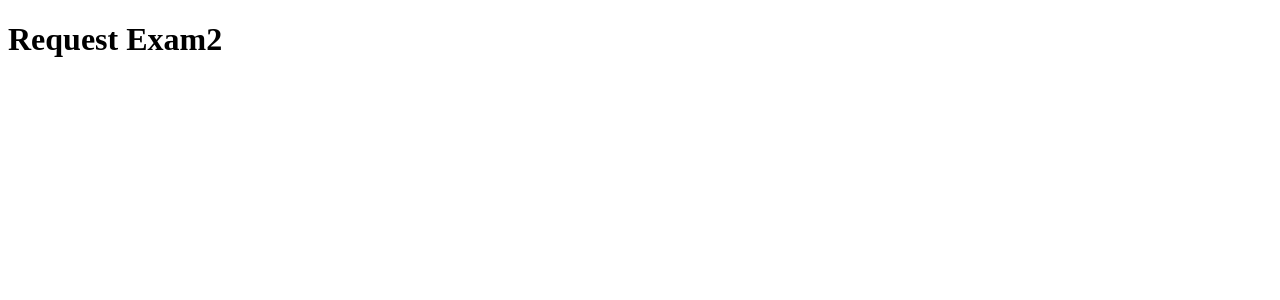
Repository: kimwoongasd/JSPAndServlet
Page: http://localhost/day1221/22_request1.jsp
An editor plug-in stored every save of this project. The page is shown before and after the next save, followed by the edit.
The browser window is 1280 px wide. The pictures show the whole page.
The page is served by Tomcat 9.

Above is the page before, as saved 2023-12-21 07:21:00.

After the next save:
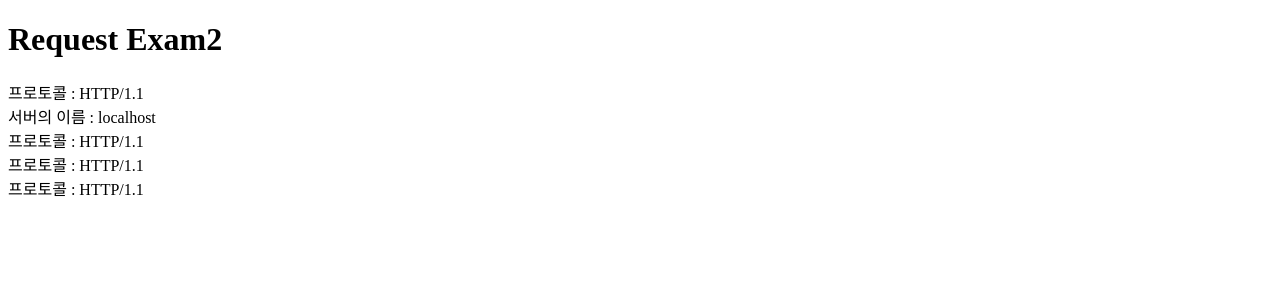
Saved 39 s later.
--- a/day1221/src/main/webapp/22_request1.jsp
+++ b/day1221/src/main/webapp/22_request1.jsp
@@ -31,6 +31,10 @@
 	%>
 
 	<h1>Request Exam2</h1>
-
+	프로토콜 : <%=protocol %><br>
+	서버의 이름 : <%=serverNmae %><br>
+	프로토콜 : <%=protocol %><br>
+	프로토콜 : <%=protocol %><br>
+	프로토콜 : <%=protocol %><br>
 </body>
 </html>
